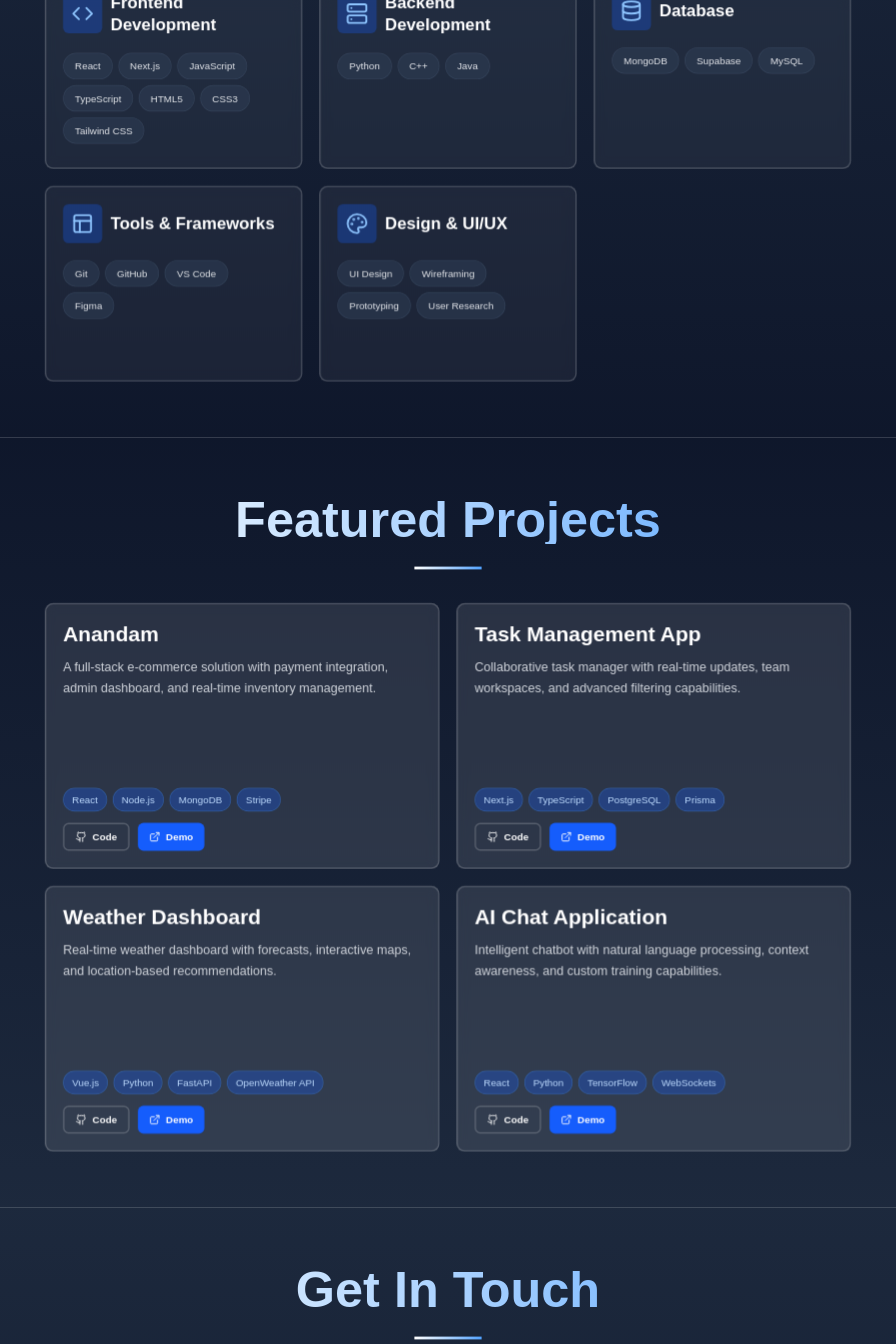
Repository: harshikabodekar/portfolio_awp
Page: /
An editor plug-in stored every save of this project. The page is shown before and after a run of saves, followed by the edit.
The browser window is 1280 px wide. The pictures show the part of the page from y = 2109 to 4029 px (the page is 4940 px tall), at 70% of full size.
The project was rebuilt for these pictures with package versions that can differ from the ones it lists, and the page was loaded fresh each time. The framework's server and built-in components were replaced by stand-ins that run in the browser. Also part of the build but not shown: next.config.mjs.

Above is the page before, as saved 2025-10-15 21:41:40.

### src/app/page.js
import Navbar from "./components/Navbar";
import Hero from "./components/Hero";
import About from "./components/About";
import Skills from "./components/Skills";
import Project from "./components/Project";
import Contact from "./components/Contact";

export default function Home() {
  return (
    <main>
      <Navbar />
      <Hero />
      <About />
      <Skills />
      <Project />
      <Contact />
    </main>
  );
}

### src/app/components/Navbar.js
import React from 'react';

const Navbar = () => {
  return (
    <nav className="bg-gray-900 text-white py-4 px-6 fixed w-full top-0 left-0 z-50 shadow-lg">
      <div className="container mx-auto flex justify-between items-center">
        <h1 className="text-4xl font-bold">My Portfolio</h1>
        <ul className="flex space-x-12">
          <li><a href="#home" className="hover:text-blue-400 text-2xl">Home</a></li>
          <li><a href="#about" className="hover:text-blue-400 text-2xl">About</a></li>
          <li><a href="#skills" className="hover:text-blue-400 text-2xl">Skills</a></li>
          <li><a href="#projects" className="hover:text-blue-400 text-2xl">Projects</a></li>
          <li><a href="#contact" className="hover:text-blue-400 text-2xl">Contact</a></li>
        </ul>
      </div>
    </nav>
  );
};

export default Navbar;

### src/app/components/Hero.js
"use client";
import { Github, Linkedin, Mail } from 'lucide-react';
import Image from 'next/image';

const Hero = () => {
  return (
    <section
      id="home"
      className="py-20 px-6 bg-gradient-to-b from-slate-800 to-slate-900 text-white min-h-screen flex items-center justify-center"
    >
      <div className="container mx-auto px-4">
        <div className="max-w-6xl mx-auto">

          {/* Profile Image */}
          <div className="flex justify-center mb-12">
            <div className="relative w-64 h-64 md:w-80 md:h-80 rounded-full overflow-hidden border-4 border-blue-400/30 shadow-2xl">
              <Image
                src="/profile.jpeg.jpeg"
                alt="Harshika Bodekar"
                fill
                className="object-cover"
                priority
              />
            </div>
          </div>

          {/* Text Content - Centered like About page */}
          <div className="text-center">
            <h1 className="text-4xl sm:text-5xl md:text-6xl lg:text-7xl font-bold mb-8 bg-gradient-to-r from-white to-blue-400 bg-clip-text text-transparent">
              Harshika Bodekar
            </h1>
            <div className="w-24 h-1 bg-gradient-to-r from-white to-blue-400 mx-auto mb-12"></div>

            <p className="text-xl md:text-2xl lg:text-3xl text-gray-300 mb-8 leading-relaxed">
              Computer Science Student | Frontend Developer
            </p>

            <p className="text-xl md:text-2xl lg:text-3xl text-gray-300 mb-12 leading-relaxed">
              Crafting elegant digital experiences with modern technologies.
              Passionate about clean code, intuitive design, and building products that make a difference.
            </p>

            <div className="flex gap-6 justify-center">
              <a
                href="https://github.com/harshikabodekar"
                target="_blank"
                rel="noopener noreferrer"
                className="p-4 rounded-full border-2 border-white/20 hover:border-blue-400/50 transition-all duration-300 hover:bg-white/10"
                aria-label="GitHub Profile"
              >
                <Github className="w-6 h-6" />
              </a>
              <a
                href="https://linkedin.com/in/harshikabodekar"
                target="_blank"
                rel="noopener noreferrer"
                className="p-4 rounded-full border-2 border-white/20 hover:border-blue-400/50 transition-all duration-300 hover:bg-white/10"
                aria-label="LinkedIn Profile"
              >
                <Linkedin className="w-6 h-6" />
              </a>
              <a
                href="mailto:harshikabodekar02@gmail.com"
                className="p-4 rounded-full border-2 border-white/20 hover:border-blue-400/50 transition-all duration-300 hover:bg-white/10"
                aria-label="Email Contact"
              >
                <Mail className="w-6 h-6" />
              </a>
            </div>
          </div>

        </div>
      </div>
    </section>
  );
};

export default Hero;

### src/app/components/About.js
import React from 'react';

const About = () => {
  return (
    <section id="about" className="py-20 px-6 bg-gradient-to-b from-slate-900 to-slate-800 text-white">
      <div className="container mx-auto px-4">
        <div className="max-w-6xl mx-auto">
          <h2 className="text-4xl sm:text-5xl md:text-6xl lg:text-7xl font-bold mb-8 text-center bg-gradient-to-r from-white to-blue-400 bg-clip-text text-transparent">
            About Me
          </h2>
          <div className="w-24 h-1 bg-gradient-to-r from-white to-blue-400 mx-auto mb-12"></div>

          <div className="text-center">
            <p className="text-xl md:text-2xl lg:text-3xl text-gray-300 leading-relaxed mb-8">
              I am Harshika Bodekar, a Computer Science student at Pimpri Chinchwad University.
              With developing expertise in computer science, I craft robust backend solutions.
            </p>
            <p className="text-xl md:text-2xl lg:text-3xl text-gray-300 leading-relaxed mb-8">
              My journey is driven by a passion for building scalable, efficient systems that power modern applications.
              I enjoy tackling complex challenges and exploring cutting-edge tech.
            </p>
            <p className="text-xl md:text-2xl lg:text-3xl text-gray-300 leading-relaxed">
              When I'm not coding, you'll find me exploring new technologies, contributing to
              open-source projects, or sharing knowledge with the developer community.
            </p>
          </div>
        </div>
      </div>
    </section>
  );
};

export default About;

### src/app/components/Skills.js
"use client";
import React from 'react';
import { Code, Database, Layout, Server, Globe, Palette } from 'lucide-react';

const Skills = () => {
  const skillCategories = [
    {
      icon: Code,
      title: "Frontend Development",
      skills: ["React", "Next.js", "JavaScript", "TypeScript", "HTML5", "CSS3", "Tailwind CSS"]
    },
    {
      icon: Server,
      title: "Backend Development",
      skills: [ "Python", "C++", "Java"]
    },
    {
      icon: Database,
      title: "Database",
      skills: ["MongoDB", "Supabase", "MySQL"]
    },
    {
      icon: Layout,
      title: "Tools & Frameworks",
      skills: ["Git", "GitHub", "VS Code", "Figma"]
    },

    {
      icon: Palette,
      title: "Design & UI/UX",
      skills: ["UI Design", "Wireframing", "Prototyping", "User Research"]
    }
  ];

  return (
    <section id="skills" className="py-20 px-6 bg-gradient-to-b from-slate-800 to-slate-900 text-white">
      <div className="container mx-auto px-4">
        <div className="max-w-6xl mx-auto">
          <h2 className="text-4xl sm:text-5xl md:text-6xl lg:text-7xl font-bold mb-8 text-center bg-gradient-to-r from-white to-blue-400 bg-clip-text text-transparent">
            Skills & Expertise
          </h2>
          <div className="w-24 h-1 bg-gradient-to-r from-white to-blue-400 mx-auto mb-12"></div>

          <p className="text-center text-xl md:text-2xl text-gray-300 mb-16 max-w-3xl mx-auto leading-relaxed">
            A comprehensive set of technical skills and tools I use to build modern, scalable applications.
          </p>

          <div className="grid sm:grid-cols-1 md:grid-cols-2 lg:grid-cols-3 gap-6">
            {skillCategories.map((category, index) => {
              const IconComponent = category.icon;
              return (
                <div
                  key={index}
                  className="border-2 border-white/20 rounded-xl p-6 h-[280px] hover:border-blue-400/50 transition-all duration-300 backdrop-blur-sm bg-white/5 group flex flex-col"
                >
                  <div className="flex items-center gap-3 mb-6">
                    <div className="p-3 bg-blue-600/30 rounded-lg group-hover:bg-blue-600/50 transition-all duration-300">
                      <IconComponent className="w-8 h-8 text-blue-300" />
                    </div>
                    <h3 className="text-xl md:text-2xl font-bold text-white group-hover:text-blue-400 transition-colors">
                      {category.title}
                    </h3>
                  </div>

                  <div className="flex flex-wrap gap-2 flex-1 content-start">
                    {category.skills.map((skill, skillIndex) => (
                      <span
                        key={skillIndex}
                        className="px-4 py-2 bg-slate-700/50 border border-slate-600/50 rounded-full text-sm text-gray-200 hover:bg-blue-600/30 hover:border-blue-400/50 transition-all duration-300"
                      >
                        {skill}
                      </span>
                    ))}
                  </div>
                </div>
              );
            })}
          </div>
        </div>
      </div>
    </section>
  );
};

export default Skills;

### src/app/components/Project.js
import React from 'react';
import ProjectCard from './ProjectCard';
import { projectsData } from '../data/projects';

const Projects = () => {
  const projects = [
    {
      title: "Anandam",
      description: "A full-stack e-commerce solution with payment integration, admin dashboard, and real-time inventory management.",
      tech: ["React", "Node.js", "MongoDB", "Stripe"],

    },
    {
      title: "Task Management App",
      description: "Collaborative task manager with real-time updates, team workspaces, and advanced filtering capabilities.",
      tech: ["Next.js", "TypeScript", "PostgreSQL", "Prisma"],

    },
    {
      title: "Weather Dashboard",
      description: "Real-time weather dashboard with forecasts, interactive maps, and location-based recommendations.",
      tech: ["Vue.js", "Python", "FastAPI", "OpenWeather API"],

    },
    {
      title: "AI Chat Application",
      description: "Intelligent chatbot with natural language processing, context awareness, and custom training capabilities.",
      tech: ["React", "Python", "TensorFlow", "WebSockets"],

    }
  ];

  return (
    <section id="projects" className="py-20 px-6 bg-gradient-to-b from-slate-900 to-slate-800 text-white">
      <div className="container mx-auto px-4">
        <div className="max-w-6xl mx-auto">
          <h2 className="text-4xl sm:text-5xl md:text-6xl lg:text-7xl font-bold mb-8 text-center bg-gradient-to-r from-white to-blue-400 bg-clip-text text-transparent">
            Featured Projects
          </h2>
          <div className="w-24 h-1 bg-gradient-to-r from-white to-blue-400 mx-auto mb-12"></div>

          <div className="grid sm:grid-cols-1 md:grid-cols-2 gap-6">
            {projects.map((project, index) => (
              <ProjectCard key={index} project={project} />
            ))}
          </div>
        </div>
      </div>
    </section>
  );
};

export default Projects;

### src/app/components/Contact.js
"use client";
import { Mail, Phone, MapPin, Github, Linkedin, Twitter } from 'lucide-react';

const Contact = () => {
  const contactInfo = [
    {
      icon: Mail,
      label: "Email",
      value: "harshikabodekar02@gmail.com",
      href: "mailto:harshikabodekar02@gmail.com"
    },
    {
      icon: Phone,
      label: "Phone",
      value: "+91 9130343030",
      href: "tel:+919130343030"
    },
    {
      icon: MapPin,
      label: "Location",
      value: "Pune, India",
      href: "#"
    }
  ];

  const socialLinks = [
    {
      icon: Github,
      label: "GitHub",
      href: "https://github.com/harshikabodekar"
    },
    {
      icon: Linkedin,
      label: "LinkedIn",
      href: "https://linkedin.com/in/harshikabodekar"
    },
    {
      icon: Twitter,
      label: "Twitter",
      href: "https://twitter.com/harshikabodekar"
    }
  ];

  return (
    <section id="contact" className="py-20 px-6 bg-gradient-to-b from-slate-800 to-slate-900 text-white">
      <div className="container mx-auto px-4">
        <div className="max-w-6xl mx-auto">
          <h2 className="text-4xl sm:text-5xl md:text-6xl lg:text-7xl font-bold mb-8 text-center bg-gradient-to-r from-white to-blue-400 bg-clip-text text-transparent">
            Get In Touch
          </h2>
          <div className="w-24 h-1 bg-gradient-to-r from-white to-blue-400 mx-auto mb-12"></div>

          <p className="text-center text-xl md:text-2xl text-gray-300 mb-16 max-w-3xl mx-auto leading-relaxed">
            I'm always open to discussing new projects, creative ideas, or opportunities to be part of your visions.
          </p>

          <div className="grid md:grid-cols-3 gap-8 mb-16">
            {contactInfo.map((info, index) => (
              <div
                key={index}
                className="border-2 border-white/20 rounded-xl p-8 hover:border-blue-400/50 transition-all duration-300 backdrop-blur-sm bg-white/5 text-center group"
              >
                <div className="inline-flex p-4 bg-blue-600/30 rounded-lg mb-6 group-hover:bg-blue-600/50 transition-all duration-300">
                  <info.icon className="w-8 h-8 text-blue-300" />
                </div>
                <h3 className="text-lg font-semibold text-gray-400 mb-3">{info.label}</h3>
                <a
                  href={info.href}
                  className="text-xl md:text-2xl text-white hover:text-blue-400 transition-colors duration-300 break-words"
                >
                  {info.value}
                </a>
              </div>
            ))}
          </div>

          <div className="border-2 border-white/20 rounded-xl p-10 backdrop-blur-sm bg-white/5">
            <h3 className="text-3xl md:text-4xl font-bold mb-8 text-center bg-gradient-to-r from-white to-blue-400 bg-clip-text text-transparent">
              Connect With Me
            </h3>

            <div className="flex justify-center gap-6 mb-10">
              {socialLinks.map((social, index) => (
                <a
                  key={index}
                  href={social.href}
                  target="_blank"
                  rel="noopener noreferrer"
                  className="p-4 rounded-full border-2 border-white/20 hover:border-blue-400/50 transition-all duration-300 hover:bg-white/10"
                  aria-label={social.label}
                >
                  <social.icon className="w-8 h-8" />
                </a>
              ))}
            </div>

            <div className="text-center">
              <a
                href="mailto:harshikabodekar02@gmail.com"
                className="inline-flex items-center gap-3 px-8 py-4 bg-blue-600 hover:bg-blue-700 rounded-full text-lg md:text-xl font-semibold transition-all duration-300 hover:shadow-lg hover:shadow-blue-500/50"
              >
                <Mail className="w-6 h-6" />
                Send Me an Email
              </a>
            </div>
          </div>
        </div>
      </div>
    </section>
  );
};

export default Contact;

### src/app/components/ProjectCard.js
"use client";
import { Github, ExternalLink } from 'lucide-react';

const ProjectCard = ({ project }) => {
  return (
    <div className="bg-white/10 backdrop-blur-sm border-2 border-white/20 rounded-xl p-6 h-[380px] hover:border-blue-400/50 transition-all duration-300 group flex flex-col">
      <h3 className="text-2xl md:text-3xl font-bold mb-4 text-white group-hover:text-blue-400 transition-colors">
        {project.title}
      </h3>

      <p className="text-base md:text-lg text-gray-300 mb-4 leading-relaxed flex-grow">
        {project.description}
      </p>

      <div className="flex flex-wrap gap-2 mb-4">
        {project.tech.map((tech, index) => (
          <span
            key={index}
            className="px-3 py-1.5 bg-blue-600/30 border border-blue-400/30 rounded-full text-sm text-blue-200 font-medium"
          >
            {tech}
          </span>
        ))}
      </div>

      <div className="flex gap-3">
        <a
          href={project.github}
          target="_blank"
          rel="noopener noreferrer"
          className="flex items-center gap-2 px-4 py-2 border-2 border-white/20 rounded-lg hover:border-blue-400/50 hover:bg-white/10 transition-all duration-300 text-sm font-semibold"
        >
          <Github className="w-4 h-4" />
          Code
        </a>
        <a
          href={project.demo}
          target="_blank"
          rel="noopener noreferrer"
          className="flex items-center gap-2 px-4 py-2 bg-blue-600 hover:bg-blue-700 rounded-lg transition-all duration-300 text-sm font-semibold"
        >
          <ExternalLink className="w-4 h-4" />
          Demo
        </a>
      </div>
    </div>
  );
};

export default ProjectCard;

Loaded but not shown: src/app/layout.js (common file); src/app/globals.css (common file); src/app/data/projects.js (no stored copy; drawn as an empty file)

After the next 3 saves:
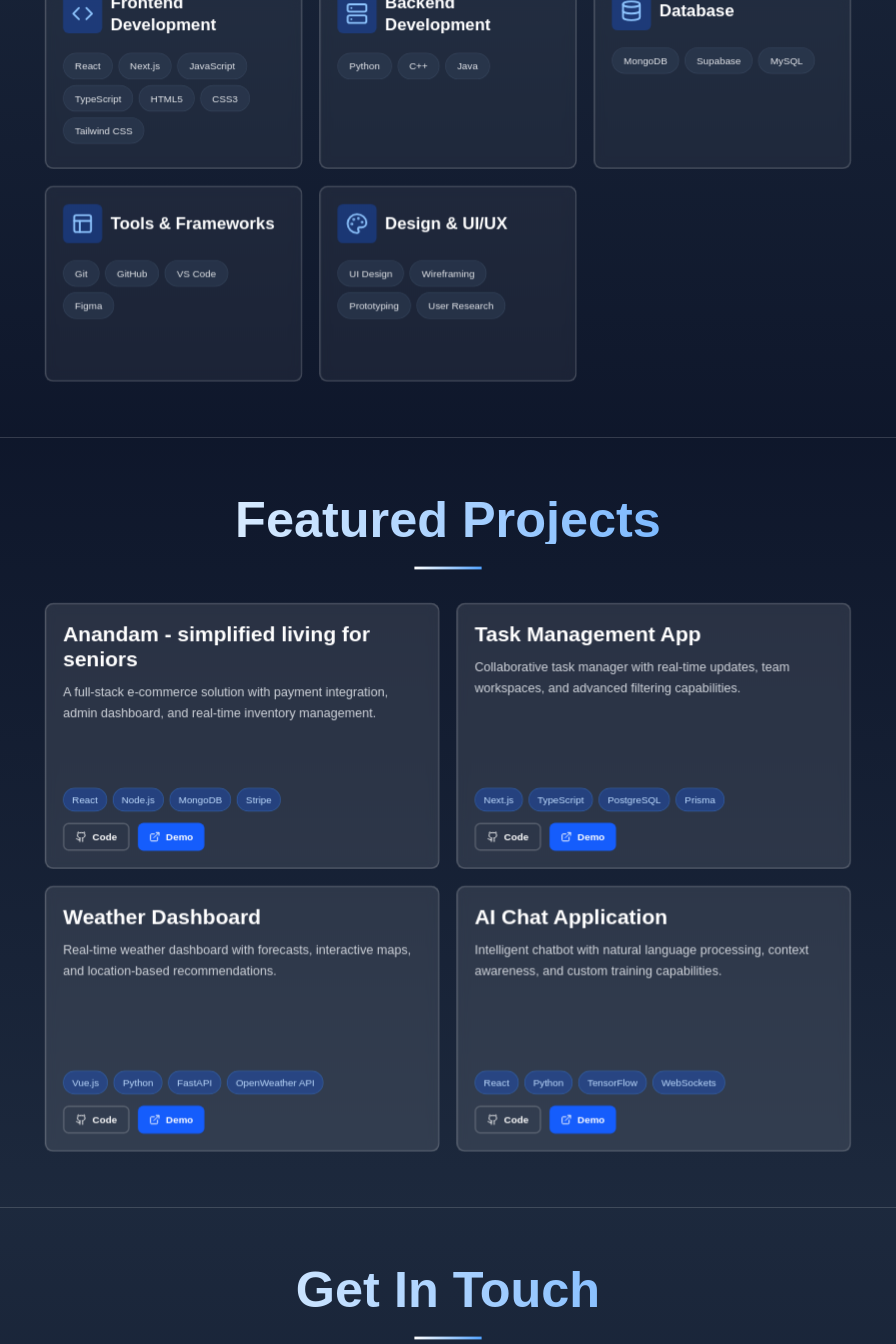
The 3 saves are shown as one change because they came seconds apart.
The last was saved 19 s later.
--- a/src/app/components/Project.js
+++ b/src/app/components/Project.js
@@ -5,7 +5,7 @@ import { projectsData } from '../data/projects';
 const Projects = () => {
   const projects = [
     {
-      title: "Anandam",
+      title: "Anandam - simplified living for seniors",
       description: "A full-stack e-commerce solution with payment integration, admin dashboard, and real-time inventory management.",
       tech: ["React", "Node.js", "MongoDB", "Stripe"],
 
